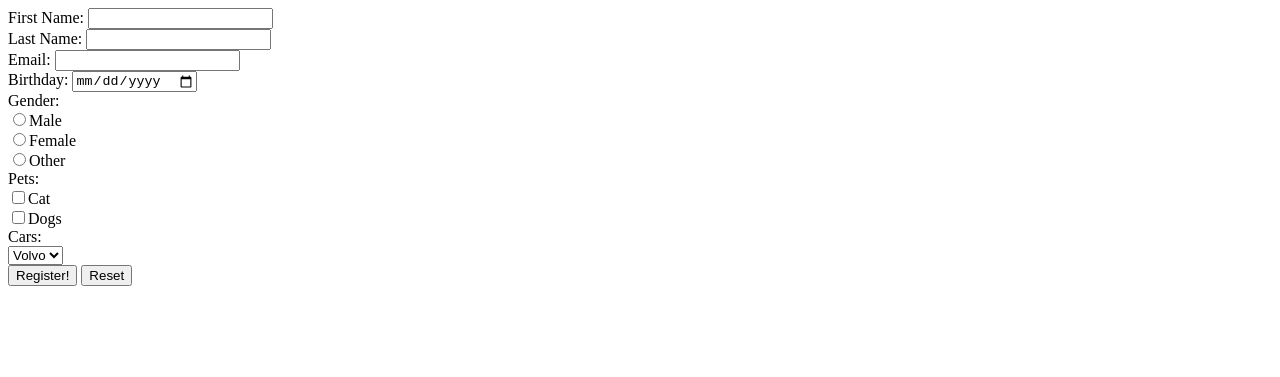
Repository: rileymeye1/ZTM
Page: register.html
These files come from the project's save history. The page is drawn as it stood at one moment and after the next save; the edit follows.
The browser window is 1280 px wide. The pictures show the whole page.

Above is the page before, as saved 2024-08-17 22:26:33.

### register.html
<!DOCTYPE html>
<html lang="en">
  <head>
    <meta charset="UTF-8">
    <meta name="viewport" content="width=device-width, initial-scale=1.0">
    <title>Register</title>
  </head>
  <body>
    <form>
      First Name: <input type="text"><br>
      Last Name: <input type="text"><br>
      Email: <input type="email" required><br>
      Birthday: <input type="date"><br>
      Gender:<br>
      <input type="radio" name="gender">Male<br>
      <input type="radio" name="gender">Female<br>
      <input type="radio" name="gender">Other<br>
      Pets:<br>
      <input type="checkbox">Cat<br>
      <input type="checkbox">Dogs<br>
      Cars:<br>
      <select>
        <option value="volvo">Volvo</option>
        <option value="Audi">Audi</option>
      </select><br>
      <input type="submit" value="Register!">
      <input type="reset">
    </form>
  </body>
</html>

After the next save:
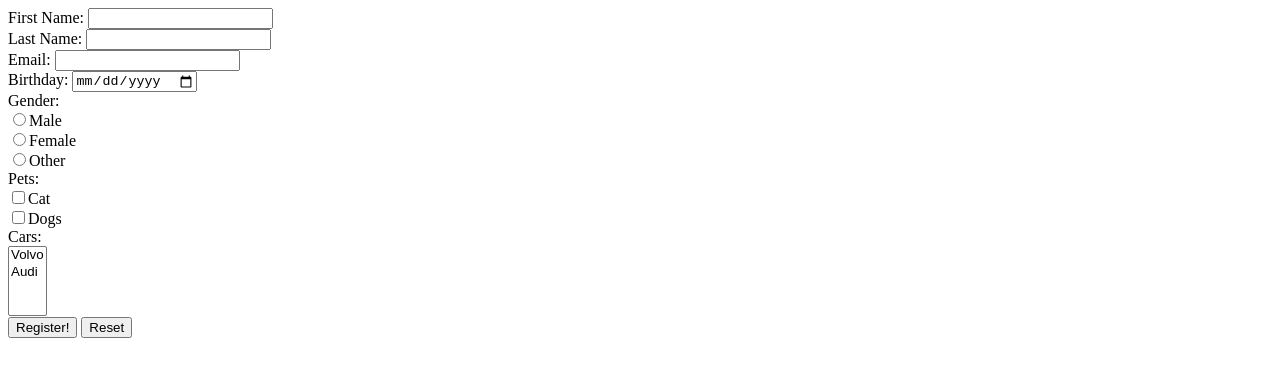
Saved 33 s later.
--- a/register.html
+++ b/register.html
@@ -19,7 +19,7 @@
       <input type="checkbox">Cat<br>
       <input type="checkbox">Dogs<br>
       Cars:<br>
-      <select>
+      <select multiple>
         <option value="volvo">Volvo</option>
         <option value="Audi">Audi</option>
       </select><br>

After the save that followed:
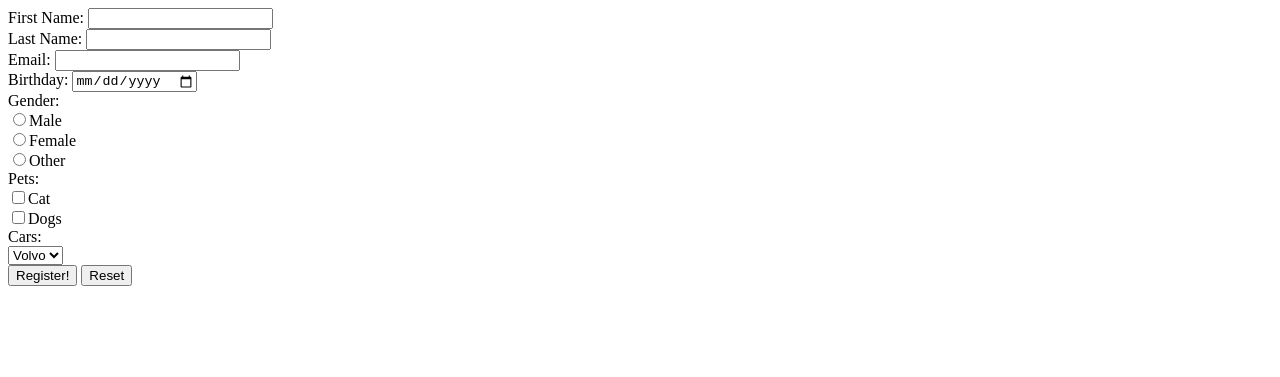
Saved 17 s later.
--- a/register.html
+++ b/register.html
@@ -19,7 +19,7 @@
       <input type="checkbox">Cat<br>
       <input type="checkbox">Dogs<br>
       Cars:<br>
-      <select multiple>
+      <select>
         <option value="volvo">Volvo</option>
         <option value="Audi">Audi</option>
       </select><br>
